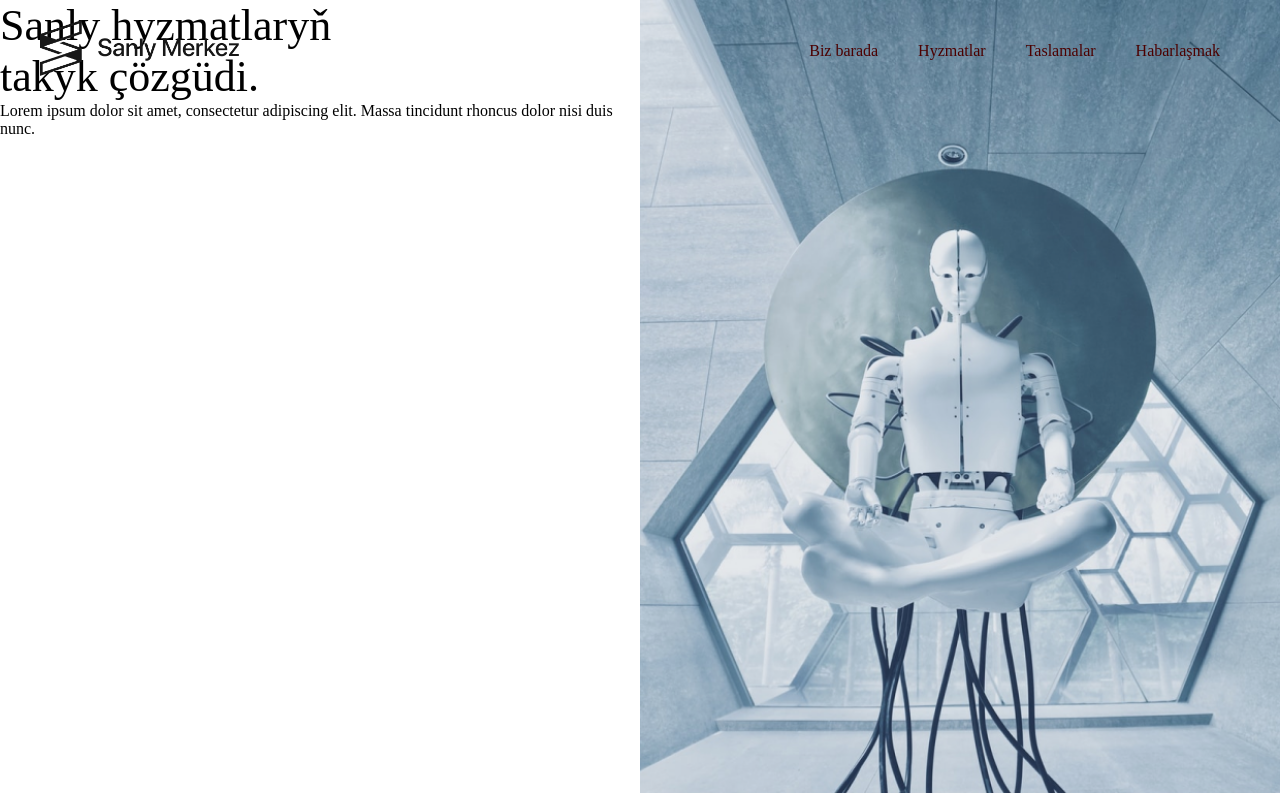
Repository: Meylis7/Sanly-Merkez-Web
Page: main.html
These files come from the project's save history. The page is drawn as it stood at one moment and after the next save; the edit follows.
The browser window is 1280 px wide. The pictures show the whole page.

Above is the page before, as saved 2022-04-25 18:27:39.

### main.html
<!DOCTYPE html>
<html lang="en" dir="ltr">
  <head>
    <meta charset="utf-8">
    <meta name="viewport" content="width=device-width, initial-scale=1.0">
    <title>Sanly merkez</title>
    <link rel="stylesheet" href="./css/main.css">
  </head>
  <body>
    <div class="main-container">
      <div class="header-container">
        <header>
          <a href="#" class="brand"><img src="/assets/logo.png" alt=""></a>
          <div class="menu">
            <div class="btn">
                <svg class="close-btn" xmlns="http://www.w3.org/2000/svg" aria-hidden="true" role="img" width="1em" height="1em" preserveAspectRatio="xMidYMid meet" viewBox="0 0 20 20"><path fill="currentColor" fill-rule="evenodd" d="M4.293 4.293a1 1 0 0 1 1.414 0L10 8.586l4.293-4.293a1 1 0 1 1 1.414 1.414L11.414 10l4.293 4.293a1 1 0 0 1-1.414 1.414L10 11.414l-4.293 4.293a1 1 0 0 1-1.414-1.414L8.586 10L4.293 5.707a1 1 0 0 1 0-1.414Z" clip-rule="evenodd"/></svg>
            </div>
            <a href="#">Biz barada</a>
            <a href="#">Hyzmatlar</a>
            <a href="#">Taslamalar</a>
            <a href="#">Habarlaşmak</a>
          </div>
          <div class="btn">
            <svg class="menu-btn" xmlns="http://www.w3.org/2000/svg" aria-hidden="true" role="img" width="1em" height="1em" preserveAspectRatio="xMidYMid meet" viewBox="0 0 20 20"><path fill="currentColor" fill-rule="evenodd" d="M3 5a1 1 0 0 1 1-1h12a1 1 0 1 1 0 2H4a1 1 0 0 1-1-1Zm0 5a1 1 0 0 1 1-1h12a1 1 0 1 1 0 2H4a1 1 0 0 1-1-1Zm6 5a1 1 0 0 1 1-1h6a1 1 0 1 1 0 2h-6a1 1 0 0 1-1-1Z" clip-rule="evenodd"/></svg>
          </div>
        </header>
      </div>

      <div class="home-section">
        <div class="home-container">
          <div class="home-left-content">
            <div class="home-slogan">
              <p class="slogan">Sanly hyzmatlaryň <br>
                takyk çözgüdi.</p>
                <p class="slogan-text">Lorem ipsum dolor sit amet, consectetur adipiscing elit. Massa tincidunt rhoncus dolor nisi duis nunc.</p>
            </div>
          </div>
          <div class="home-right-content">
            <img src="./assets/mainphoto.png" alt="">
          </div>
        </div>
      </div>

    </div>



    <script type="text/javascript">
    //javascript for navigation bar effect on scroll
    window.addEventListener("scroll", function(){
      var header = document.querySelector("header");
      header.classList.toggle('sticky', window.scrollY > 0);
    });

    //javascript for responsive navigation sidebar menu
    var menu = document.querySelector('.menu');
    var menuBtn = document.querySelector('.menu-btn');
    var closeBtn = document.querySelector('.close-btn');

    menuBtn.addEventListener("click", () => {
      menu.classList.add('active');
    });

    closeBtn.addEventListener("click", () => {
      menu.classList.remove('active');
    });
    </script>

  </body>
</html>

### css/main.css

*{
  margin: 0;
  padding: 0;
  box-sizing: border-box;
}

body{
  min-height: 100vh;
}
header{
  z-index: 999;
  position: fixed;
  top: 0;
  left: 0;
  width: 100%;
  display: flex;
  justify-content: space-between;
  align-items: center;
  padding: 20px 40px;
  transition: 0.6s;
  transform: translate(calc(50vw - 50%));
}

header.sticky{
  background: #1483D5;
  padding: 15px 100px;
}

header .brand{
  color: #fff;
  font-size: 30px;
  font-weight: 700;
  text-transform: uppercase;
  text-decoration: none;
  letter-spacing: 2px;
}

header .menu{
  position: relative;
  display: flex;
  justify-content: center;
  align-items: center;
}

header .menu a{
  color: rgb(76, 0, 0);
  font-size: 16px;
  font-weight: 500;
  text-decoration: none;
  margin: 0 10px;
  padding: 0 10px;
  border-radius: 20px;
  transition: 0.3s;
  transition-property: color, background;
}

header .menu a:hover{
  color: #000;
  background: #fff;
}

header .btn{
  color: rgb(94, 0, 0);
  font-size: 25px;
  cursor: pointer;
  display: none;
}
/* .main-container{
    max-width: 1240px;
    height: 100%;
    margin: 0 auto;
} */
.brand{
  width: 200px;
}
.brand img{
  width: 100%;
}
.home-container{
  display: flex;
  width: 100%;
}
.home-left-content,.home-right-content{
  flex: 1;
}
.home-right-content img{
  width: 100%;
}
.slogan{
  font-size: 44px;
}

@media (max-width: 1060px){
  header .btn{
    display: block;
  }

  header .menu{
    position: fixed;
    background: #1483D5;
    flex-direction: column;
    min-width: 400px;
    height: 100vh;
    top: 0;
    right: -100%;
    padding: 80px 50px;
    transition: 0.5s;
    transition-property: right;
  }

  header .menu.active{
    right: 0;
  }

  header .menu .close-btn{
    position: absolute;
    top: 0;
    left: 0;
    margin: 25px;
  }

  header .menu a{
    display: block;
    font-size: 20px;
    margin: 20px;
    padding: 0 15px;
  }
}

After the next save:
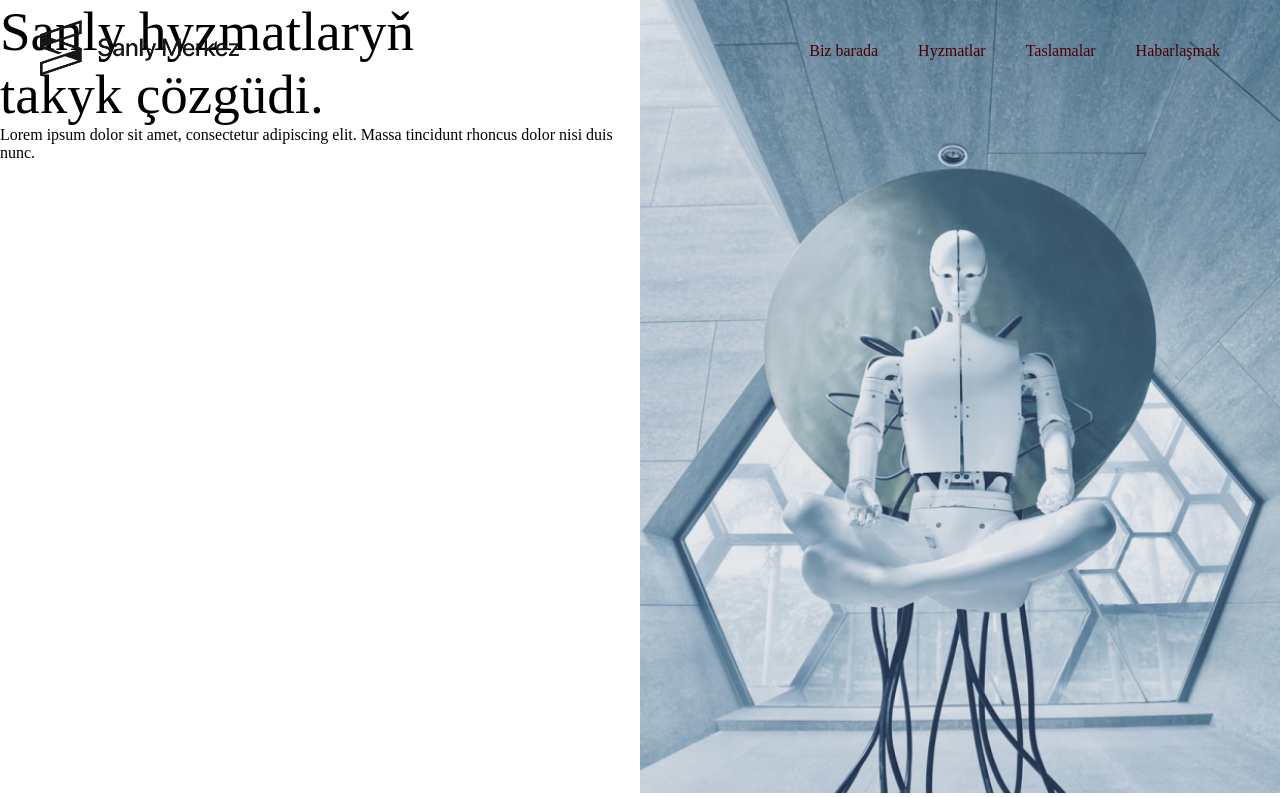
Saved 7 s later.
--- a/css/main.css
+++ b/css/main.css
@@ -88,7 +88,7 @@ header .btn{
   width: 100%;
 }
 .slogan{
-  font-size: 44px;
+  font-size: 55px;
 }
 
 @media (max-width: 1060px){
